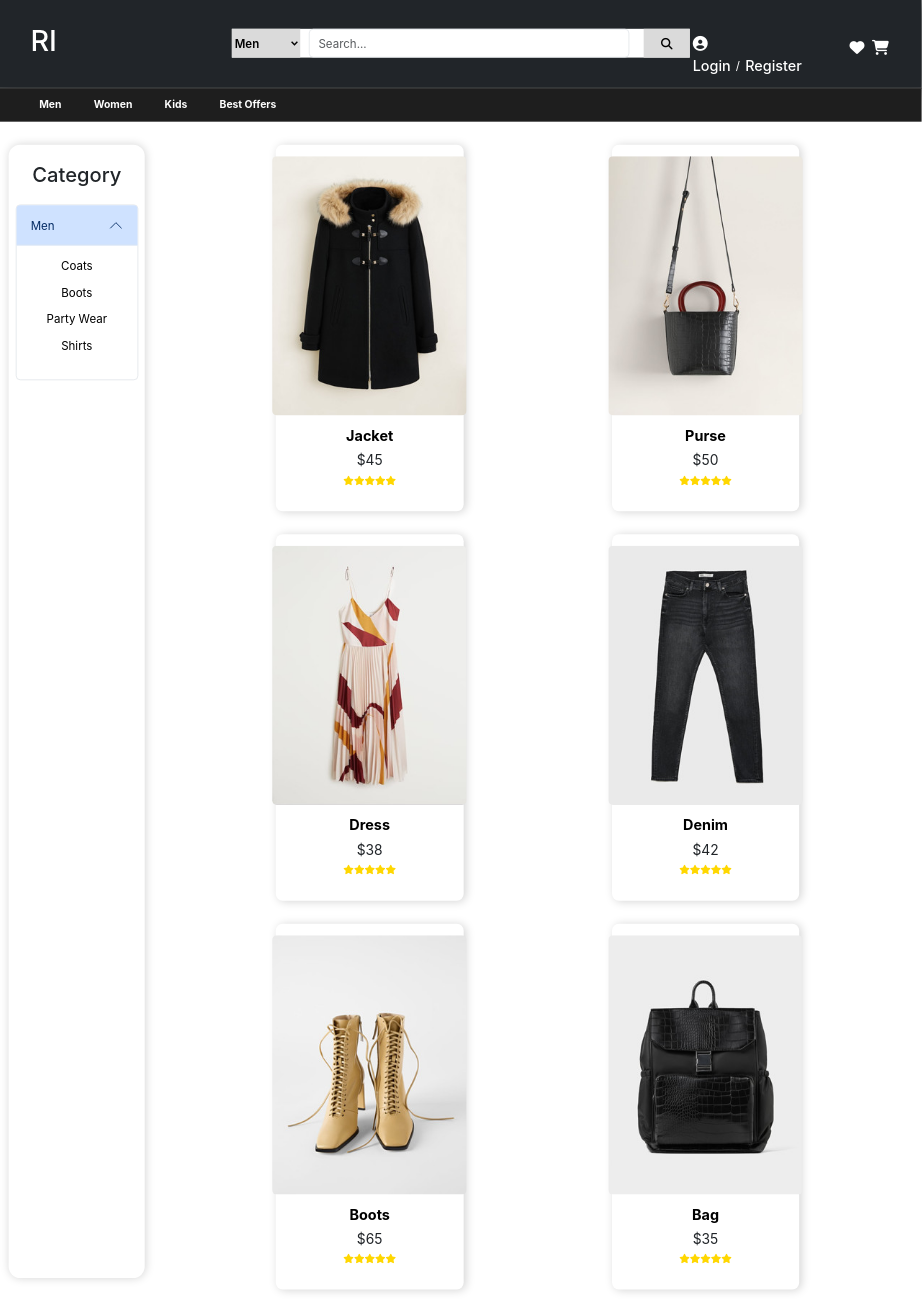
Repository: KodandaraoChellapilli/e-store
Page: /
An editor plug-in stored every save of this project. The page is shown before and after the next save, followed by the edit.
The browser window is 1280 px wide. The pictures show the whole page, at 72% of full size.
The project was rebuilt for these pictures with package versions that can differ from the ones it lists, and the page was loaded fresh each time. Also part of the build but not shown: src/App.css.

Above is the page before, as saved 2025-06-10 14:41:50.

After the next save:
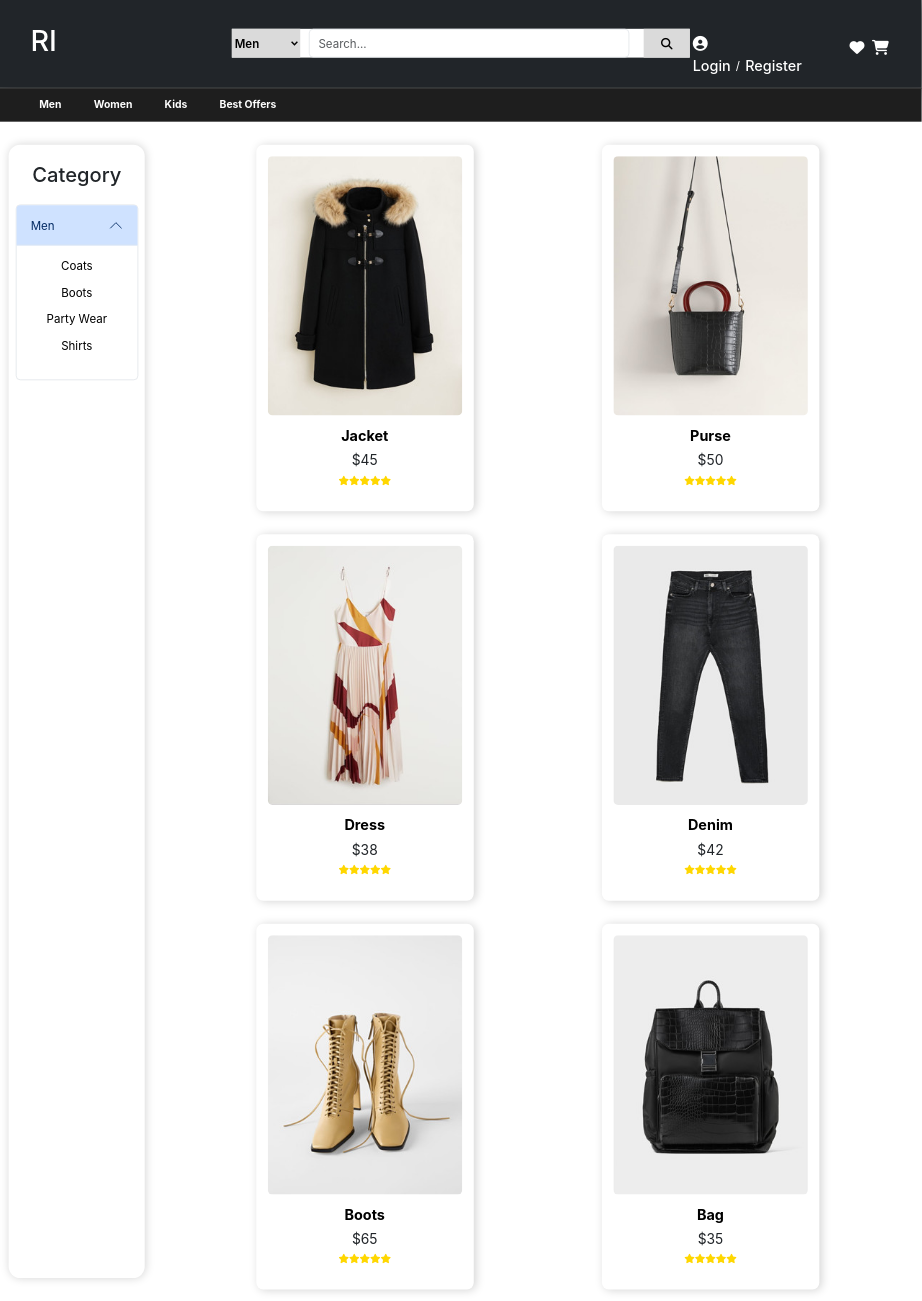
Saved 28 min 17 s later.
--- a/src/Components/Products/index.js
+++ b/src/Components/Products/index.js
@@ -40,7 +40,7 @@ const Products = () => {
             {
                 productData.map((product, key) => {
                     return (
-                        <div key={key} className='mx-5 p-3 col-lg-3 col-md-6 product-card'>
+                        <div key={key} className='mx-5 p-3  product-card'>
                             <div className='product-image-container'>
                                 <img src={require('../../assets/images/shop/' + product.img)} />
                             </div>
